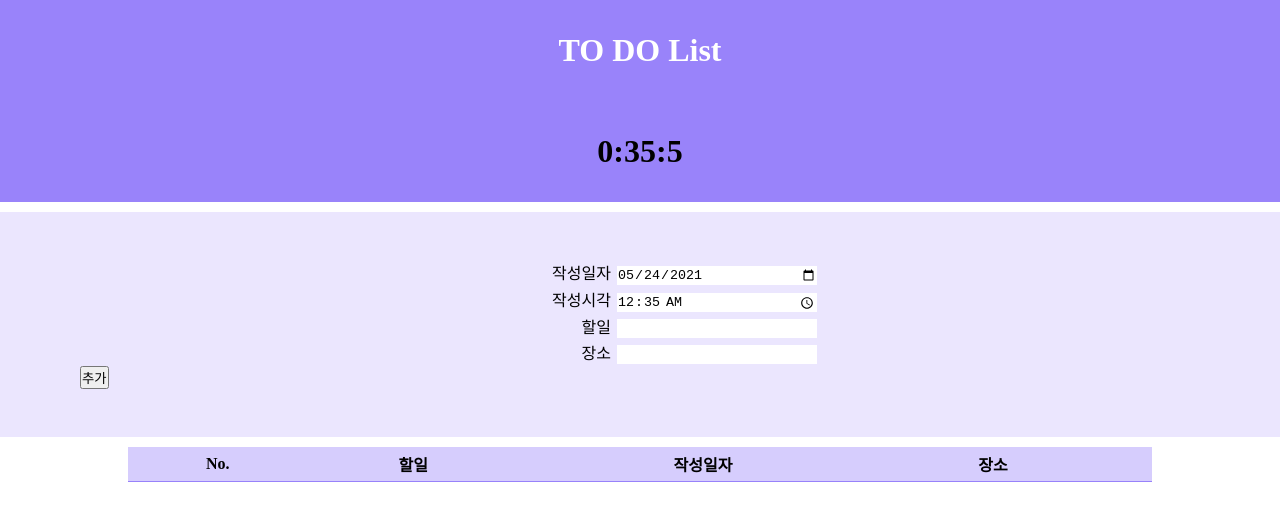
Repository: soyeon-noh/TodoList_Project
Page: http://localhost/Server_PR_TodoList/
These files come from the project's save history. The page is drawn as it stood at one moment and after the next save; the edit follows.
The browser window is 1280 px wide. The pictures show the whole page.
The page is served by Tomcat 9. Other server files are loaded and not shown. Queries for data that is not in the repository find no rows.

Above is the page before, as saved 2021-05-25 04:29:40.

### Server_PR_TodoList/src/main/webapp/WEB-INF/views/home.jsp
<%@ page language="java" contentType="text/html; charset=UTF-8"
    pageEncoding="UTF-8"%>
<%@ taglib uri="http://java.sun.com/jsp/jstl/core"
			prefix="c"%>
<c:set value="${pageContext.request.contextPath}"
		var="rootPath"/>
<!DOCTYPE html>
<html>
<head>
<meta charset="UTF-8">
<title>TODOList 메인화면</title>
<link href="${rootPath}/static/css/home.css?ver3" rel="stylesheet"/>

<style>

</style>


</head>
  <body>
  	<%@ include file="/WEB-INF/views/include_nav.jsp" %>
    <form class ="v1" method="POST">
    	<div>
    		<label for="date">작성일자</label>
    		<input name="td_date"
    				type="date" value="${TD.td_date}">
    	</div>

    	<div>
    		<label for="time">작성시각</label>
    		<input name="td_time"
    				type="time" value="${TD.td_time}">
    	</div>

    	<div>
    		<label for="todo">할일</label>
    		<input name="td_todo"
    				type="text" value="${TD.td_todo}">
    	</div>

    	<div>
    		<label for="place">장소</label>
    		<input name="td_place"
    				type="text" value="${TD.td_place}">
    	</div>
   		<button class="btn_insert">추가</button>
    </form>

    <table id="tdlist">
      <tr>
        <th>No.</th>
        <th>할일</th>
        <th>작성일자</th>
        <th>장소</th>
        <th></th>
      </tr>
      <c:forEach items="${TDLIST}" var="TD" varStatus="i">
        <tr>
          <td>${i.count}</td>
          <td>${TD.td_todo}</td>
          <td>${TD.td_date}</td>
          <td>${TD.td_place}</td>
          <td><button class="btn_update" data-seq="${TD.td_seq}" type="button">
          		수정</button>
          		<button class="btn_delete" data-seq="${TD.td_seq}" type="button">
          		삭제</button></td>
        </tr>
      </c:forEach>
    </table>
  </body>

  <script>
  // html 코드가 다 화면에 뜨고 나서 실행하라는 명렁
  // 아래 한 줄의 코드가 있어야 어디든디 script를 넣을 수 있다.
	document.addEventListener("DOMContentLoaded",function(){
		document.querySelector("table#tdlist")
		.addEventListener("click", function(ev){
			let className = ev.target.className

			if(className == "btn_delete"){

				let seq = ev.target.dataset.seq
				alert(seq + " 삭제가 완료되었습니다.");

				document
				.location
				.replace( "${rootPath}" +
						"/UD/delete?td_seq="
						+ seq )

			} else if(className == "btn_update"){

				let seq = ev.target.dataset.seq;

				document
				.location
				.href= "${rootPath}" +
						"/UD/update?td_seq="
						+ seq
			}

		})
	})
  </script>

</html>

### Server_PR_TodoList/src/main/webapp/WEB-INF/views/include_nav.jsp
<%@ page language="java" contentType="text/html; charset=UTF-8"
    pageEncoding="UTF-8"%>

<style>
	* {
		margin: 0;
		padding: 0;
		box-sizing: border-box;
	}

    h1.clock {
        color: black;
        text-align: center;
        background-color: rgba(153, 131, 250, 20);
        padding: 2rem;
    }

</style>
<h1>TO DO List</h1>
<h2 class="date"></h2>
<h1 class="clock"></h1>
<script>
	let date = document.querySelector(".date");

    function getDate(){
        const time = new Date();
        const year = time.getUTCFullYear();
        const month = time.getUTCMonth();
        const day = time.getUTCDay();
        date.textContent = year + "-" + month + "-" + day;
    }



	let clock = document.querySelector(".clock");

	function getTime() {
		  const time = new Date();
		  const hour = time.getHours();
		  const minutes = time.getMinutes();
		  const seconds = time.getSeconds();
		  clock.textContent = hour + ":" + minutes + ":" + seconds;


	}

	function init() {
	  setInterval(getTime, 1000);
	}

	init();
</script>

### Server_PR_TodoList/src/main/java/com/callor/todo/controller/HomeController.java
package com.callor.todo.controller;

import java.io.IOException;
import java.text.SimpleDateFormat;
import java.util.Date;
import java.util.List;

import javax.servlet.ServletException;
import javax.servlet.annotation.WebServlet;
import javax.servlet.http.HttpServlet;
import javax.servlet.http.HttpServletRequest;
import javax.servlet.http.HttpServletResponse;

import com.callor.todo.model.TodoListVO;
import com.callor.todo.service.TodoService;
import com.callor.todo.service.impl.TodoServiceImplV1;

@WebServlet("/")
public class HomeController extends HttpServlet{

	protected TodoService tdService;
	public HomeController() {
		tdService = new TodoServiceImplV1();
	}
	@Override
	protected void doGet(HttpServletRequest req, HttpServletResponse resp) throws ServletException, IOException {
		// TODO selectAll()
		List<TodoListVO> tdList = tdService.selectAll();
		req.setAttribute("TDLIST", tdList);

		// TODO insert()
		TodoListVO tdVO = new TodoListVO();

		// SimpleDateFormat : 날짜 및 시간을 형식화하고 구문 분석하는 메소드 제공
		SimpleDateFormat sd = new SimpleDateFormat("yyyy-MM-dd");
		SimpleDateFormat st = new SimpleDateFormat("HH:mm:ss");

		// 현재시간을 저장
		Date date = new Date(System.currentTimeMillis());

		// 현재 시간을 변환해 VO에 넣어준다
		tdVO.setTd_seq(0L);
		tdVO.setTd_date(sd.format(date));
		tdVO.setTd_time(st.format(date));

		req.setAttribute("TD", tdVO);

		// home.jsp 화면을 보여줘라
		RequestController.reqController(req, resp, "home");
	}
	@Override
	protected void doPost(HttpServletRequest req, HttpServletResponse resp) throws ServletException, IOException {
		// TODO insert()

		// 한글 인코딩 세팅
		req.setCharacterEncoding("UTF-8");

		// user가 입력한 data 확인
		String td_date = req.getParameter("td_date");
		String td_time = req.getParameter("td_time");
		String td_todo = req.getParameter("td_todo");
		String td_place = req.getParameter("td_place");

		TodoListVO tdVO = new TodoListVO();
		tdVO.setTd_date(td_date);
		tdVO.setTd_time(td_time);
		tdVO.setTd_todo(td_todo);
		tdVO.setTd_place(td_place);

		tdService.insert(tdVO);

		System.out.println("insert : " + tdVO);

		resp.sendRedirect("/todo");
	}

}

### Server_PR_TodoList/src/main/java/com/callor/todo/service/impl/TodoServiceImplV1.java
package com.callor.todo.service.impl;

import java.sql.Connection;
import java.sql.PreparedStatement;
import java.sql.ResultSet;
import java.sql.SQLException;
import java.util.ArrayList;
import java.util.List;

import com.callor.todo.config.DbInfo;
import com.callor.todo.config.MySQLConnection;
import com.callor.todo.model.TodoListVO;
import com.callor.todo.service.TodoService;

public class TodoServiceImplV1 implements TodoService{

	// 먼저 db와 연결
	protected Connection dbConn;

	public TodoServiceImplV1() {
		dbConn = MySQLConnection.getDBConnection();
	}


	protected List<TodoListVO> select(PreparedStatement pStr) throws SQLException{
		// TODO DB로부터 데이터를 받아와 List에 저장
		List<TodoListVO> tdList = new ArrayList<TodoListVO>();

		ResultSet rSet = pStr.executeQuery();
		while(rSet.next()) {
			TodoListVO tdVO = new TodoListVO();
			tdVO.setTd_seq(rSet.getLong(DbInfo.td_seq));
			tdVO.setTd_date(rSet.getString(DbInfo.td_date));
			tdVO.setTd_time(rSet.getString(DbInfo.td_time));
			tdVO.setTd_todo(rSet.getString(DbInfo.td_todo));
			tdVO.setTd_place(rSet.getString(DbInfo.td_place));
			tdList.add(tdVO);
		}

		// 데이터 확인
		System.out.println("select : " + tdList.toString());
		return tdList;
	}

	@Override
	public List<TodoListVO> selectAll() {
		// TODO List 전체 데이터 조회

		String sql = " SELECT * FROM tbl_todo_list ";
		sql += " ORDER BY td_date DESC, td_time DESC ";

		PreparedStatement pStr = null;

		try {
			pStr = dbConn.prepareStatement(sql);
			List<TodoListVO> tdList = this.select(pStr);
			pStr.close();

			System.out.println("selectAll : " + tdList.toString());
			return tdList;
		} catch (SQLException e) {
			// TODO Auto-generated catch block
			e.printStackTrace();
		}
		return null;
	}

	@Override
	public TodoListVO findById(Long seq) {
		// TODO 일련번호로 조회
		String sql = " SELECT * FROM tbl_todo_list ";
		sql += " WHERE td_seq = ? ";

		PreparedStatement pStr = null;

		try {
			pStr = dbConn.prepareStatement(sql);
			pStr.setLong(1, seq);

			List<TodoListVO> tdList = this.select(pStr);

			pStr.close();

			if(tdList != null && tdList.size() > 0) {
				return tdList.get(0);
			}


		} catch (SQLException e) {
			// TODO Auto-generated catch block
			e.printStackTrace();
		}
		return null;
	}

	@Override
	public List<TodoListVO> findByDate(String td_date) {
		// TODO 날짜로 조회
		String sql = " SELECT * FROM tbl_todo_list ";
		sql += " WHERE td_date = ? ";

		PreparedStatement pStr = null;

		try {
			pStr = dbConn.prepareStatement(sql);
			pStr.setString(1, td_date);

			List<TodoListVO> tdList = this.select(pStr);

			pStr.close();
			return tdList;

		} catch (SQLException e) {
			// TODO Auto-generated catch block
			e.printStackTrace();
		}
		return null;
	}

	@Override
	public List<TodoListVO> findByTodo(String td_todo) {
		// TODO 할일내용으로 조회
		return null;
	}

	@Override
	public List<TodoListVO> findByPlace(String td_place) {
		// TODO 장소로 조회
		return null;
	}

	@Override
	public Integer insert(TodoListVO tdVO) {
		// TODO 데이터 추가

		String sql = " INSERT INTO tbl_todo_list ";
		sql += " ( ";
		sql += " td_date, ";
		sql += " td_time, ";
		sql += " td_todo, ";
		sql += " td_place) ";
		sql += " VALUES( ?,?,?,? ) ";


		// SQL 구문을 실행시키는 객체
		PreparedStatement pStr = null;

		try {
			pStr = dbConn.prepareStatement(sql);
			pStr.setString(1, tdVO.getTd_date());
			pStr.setString(2, tdVO.getTd_time());
			pStr.setString(3, tdVO.getTd_todo());
			pStr.setString(4, tdVO.getTd_place());

			return pStr.executeUpdate();

		} catch (SQLException e) {
			// TODO Auto-generated catch block
			e.printStackTrace();
		}
		return null;
	}


	@Override
	public Integer update(TodoListVO tdVO) {
		// TODO 데이터 업데이트
		String sql = " UPDATE tbl_todo_list SET ";
		sql += " td_date = ?, ";
		sql += " td_time = ?, ";
		sql += " td_todo = ?, ";
		sql += " td_place = ? ";

		sql += " WHERE td_seq = ? ";

		PreparedStatement pStr = null;

		try {
			pStr = dbConn.prepareStatement(sql);
			pStr.setString(1, tdVO.getTd_date());
			pStr.setString(2, tdVO.getTd_time());
			pStr.setString(3, tdVO.getTd_todo());
			pStr.setString(4, tdVO.getTd_place());

			pStr.setLong(5, tdVO.getTd_seq());
			return pStr.executeUpdate();

		} catch (SQLException e) {
			// TODO Auto-generated catch block
			e.printStackTrace();
		}

		return null;
	}

	@Override
	public Integer delete(Long seq) {
		// TODO 데이터 삭제

		String sql = " DELETE FROM tbl_todo_list ";
		sql += "WHERE td_seq = ?";

		PreparedStatement pStr = null;

		try {
			pStr = dbConn.prepareStatement(sql);
			pStr.setLong(1, seq);
			return pStr.executeUpdate();

		} catch (SQLException e) {
			// TODO Auto-generated catch block
			e.printStackTrace();
		}
		return null;
	}
}

### Server_PR_TodoList/src/main/java/com/callor/todo/config/MySQLConnection.java
package com.callor.todo.config;

import java.sql.Connection;
import java.sql.DriverManager;
import java.sql.SQLException;

public class MySQLConnection {

	private static Connection dbConn;

	static {

		String jdbcDriver = "com.mysql.cj.jdbc.Driver";
		String url = "jdbc:mysql://localhost:3306/todolist";
		String username = "tdUser";
		String password = "12345";

		try {
			Class.forName(jdbcDriver);
			if(dbConn == null) {
				dbConn = DriverManager.getConnection(url, username, password);
			}
			System.out.println("MySQL 접속 성공!!");
		} catch (ClassNotFoundException e) {
			System.out.println("MySQL Driver 를 찾을 수 없음");
		} catch (SQLException e) {
			System.out.println("MySQL DBMS 연결 실패");
		}
	}

	public static Connection getDBConnection() {
		return dbConn;
	}

}

### Server_PR_TodoList/src/main/java/com/callor/todo/model/TodoListVO.java
package com.callor.todo.model;

import lombok.AllArgsConstructor;
import lombok.Getter;
import lombok.NoArgsConstructor;
import lombok.Setter;
import lombok.ToString;

@Getter
@Setter
@ToString
@NoArgsConstructor
@AllArgsConstructor
public class TodoListVO {

	private Long td_seq;	//BIGINT
    private String td_date;	//VARCHAR(20)
    private String td_time;	//VARCHAR(20)
	private String td_todo;	//VARCHAR(200)
    private String td_place;	//VARCHAR(125)
}

### Server_PR_TodoList/src/main/java/com/callor/todo/controller/RequestController.java
package com.callor.todo.controller;

import java.io.IOException;

import javax.servlet.ServletException;
import javax.servlet.http.HttpServlet;
import javax.servlet.http.HttpServletRequest;
import javax.servlet.http.HttpServletResponse;

public class RequestController extends HttpServlet{

	public static void reqController (HttpServletRequest req,
			HttpServletResponse resp, String file) throws ServletException, IOException {

		String root = "/WEB-INF/views/" + file + ".jsp";

		req.getRequestDispatcher(root)
		.forward(req, resp);


	}

}

### Server_PR_TodoList/src/main/webapp/static/css/home.css
@charset "UTF-8";

/* 여백 초기화 */
* {
	margin: 0;
	padding: 0;
	box-sizing: border-box;
}

h1 {
	color: white;
	text-align: center;
	background-color: rgba(153,131,250,1);
	padding: 2rem;

}

form.v1 {
	background-color: rgba(153,131,250,0.2);
	padding: 3rem 5rem 3rem 5rem;
	margin: 10px auto;
}

form.v1 div {
	text-align: center;
}

form.v1 div label{
	display: inline-block;

	width: 150px;
	text-align: right;
}

form.v1 input{
	width: 200px;
	border: 1px;
	height: 1.2rem;
	margin: 2px;
}

form.v1 div button{
		outline: 0;
		border: 0;
		width: 100px;
		color: white;
		padding: 5px;
		background-color: rgba(153,131,250,1);
		border-radius: 8px;

		margin :  0 auto;

}

table {
	border-collapse: collapse;
	width: 80%;
	margin: 10px auto;
}

td, th {
	border-bottom: 1px solid #9882FA;
	padding: 5px;
	text-align: center;
}

th {
	background-color: rgba(153,131,250,0.4);
}

After the next save:
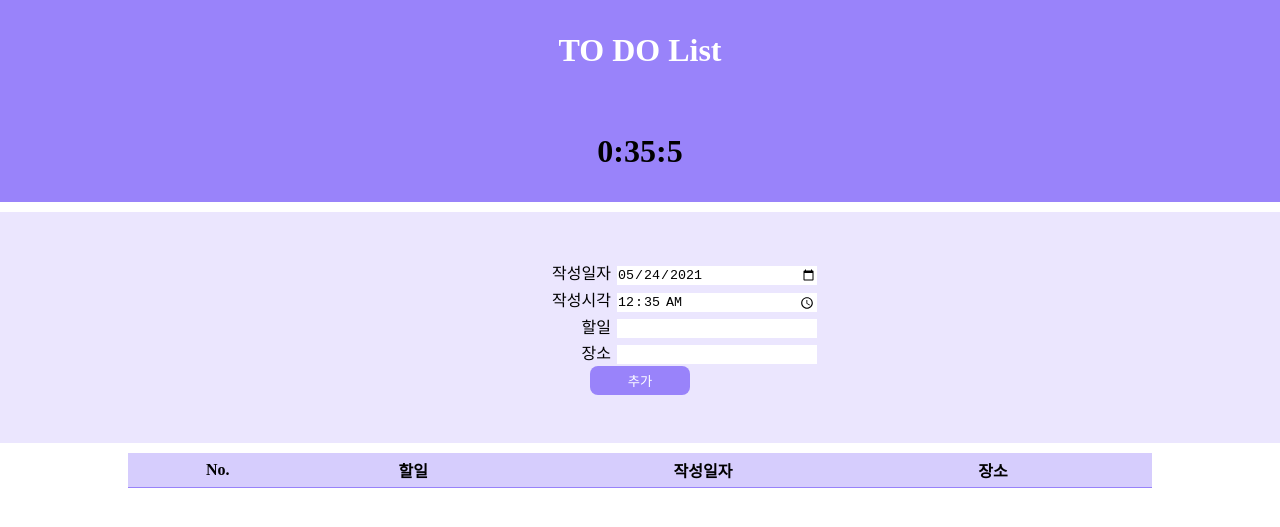
Saved 1 s later.
--- a/Server_PR_TodoList/src/main/webapp/WEB-INF/views/home.jsp
+++ b/Server_PR_TodoList/src/main/webapp/WEB-INF/views/home.jsp
@@ -43,7 +43,9 @@
     		<input name="td_place"
     				type="text" value="${TD.td_place}">
     	</div>
-   		<button class="btn_insert">추가</button>
+    	<div>
+   			<button class="btn_insert">추가</button>
+   		</div>
     </form>
 
     <table id="tdlist">
